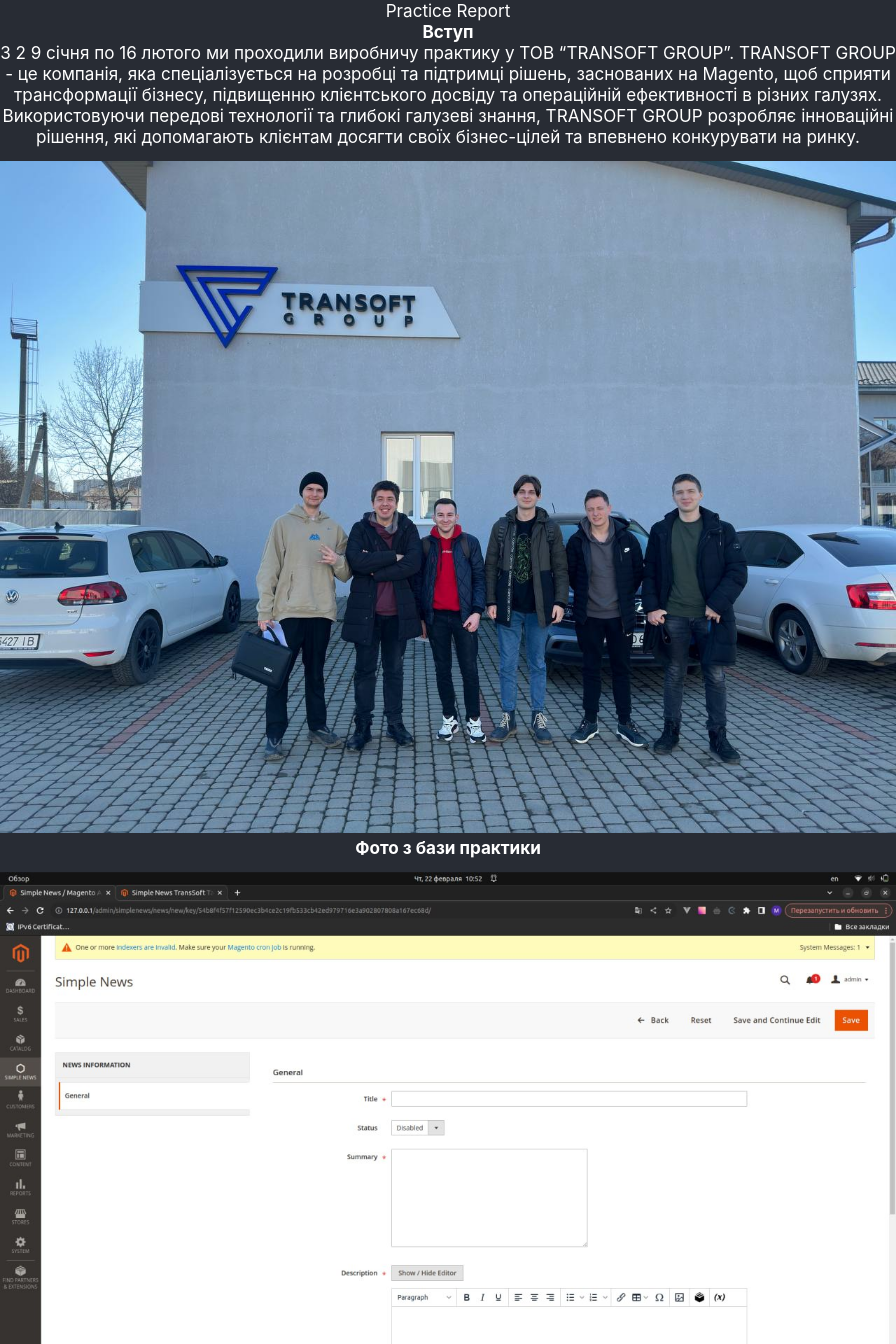
Repository: rutsguifd/prac-report
Page: /
The author's editor kept a copy of each file at every save. The page is drawn from the files as they stood at one save, then again after the next save.
The browser window is 1280 px wide. The pictures show the part of the page from y = 0 to 1920 px (the page is 3574 px tall before and 3724 px after), at 70% of full size.
The project was rebuilt for these pictures with package versions that can differ from the ones it lists, and the page was loaded fresh each time.

Above is the page before, as saved 2024-02-22 13:40:32.

### src/App.js
import "./App.css";
import IM1 from "./assets/im1.jpg";
import IM2 from "./assets/im2.jpg";
import IM3 from "./assets/im3.jpg";
import PR from "./assets/pr.jpg";

function App() {
  return (
    <div className="App">
      <header className="App-header">
        Practice Report
        <div>
          <b>Вступ</b>
          <div>
            З 2 9 січня по 16 лютого ми проходили виробничу практику у ТОВ
            “TRANSOFT GROUP”. TRANSOFT GROUP - це компанія, яка спеціалізується
            на розробці та підтримці рішень, заснованих на Magento, щоб сприяти
            трансформації бізнесу, підвищенню клієнтського досвіду та
            операційній ефективності в різних галузях. Використовуючи передові
            технології та глибокі галузеві знання, TRANSOFT GROUP розробляє
            інноваційні рішення, які допомагають клієнтам досягти своїх
            бізнес-цілей та впевнено конкурувати на ринку.
          </div>
          <div style={{ margin: "20px 0" }}>
            <img src={PR} alt="alt" width="100%" />
            <b>Фото з бази практики</b>
          </div>
          <div style={{ margin: "20px 0" }}>
            <img src={IM1} alt="alt" width="100%" />
            <b>Фото з адмін панелі 1</b>
          </div>
          <div style={{ margin: "20px 0" }}>
            <img src={IM2} alt="alt" width="100%" />
            <b>Фото з адмін панелі 2</b>
          </div>
          <div style={{ margin: "20px 0" }}>
            <img src={IM3} alt="alt" width="100%" />
            <b>Фото з вебсайту</b>
          </div>
        </div>
      </header>
    </div>
  );
}

export default App;

Loaded but not shown: public/index.html (common file); src/index.js (common file); src/index.css (common file); src/App.css (common file)

After the next save:
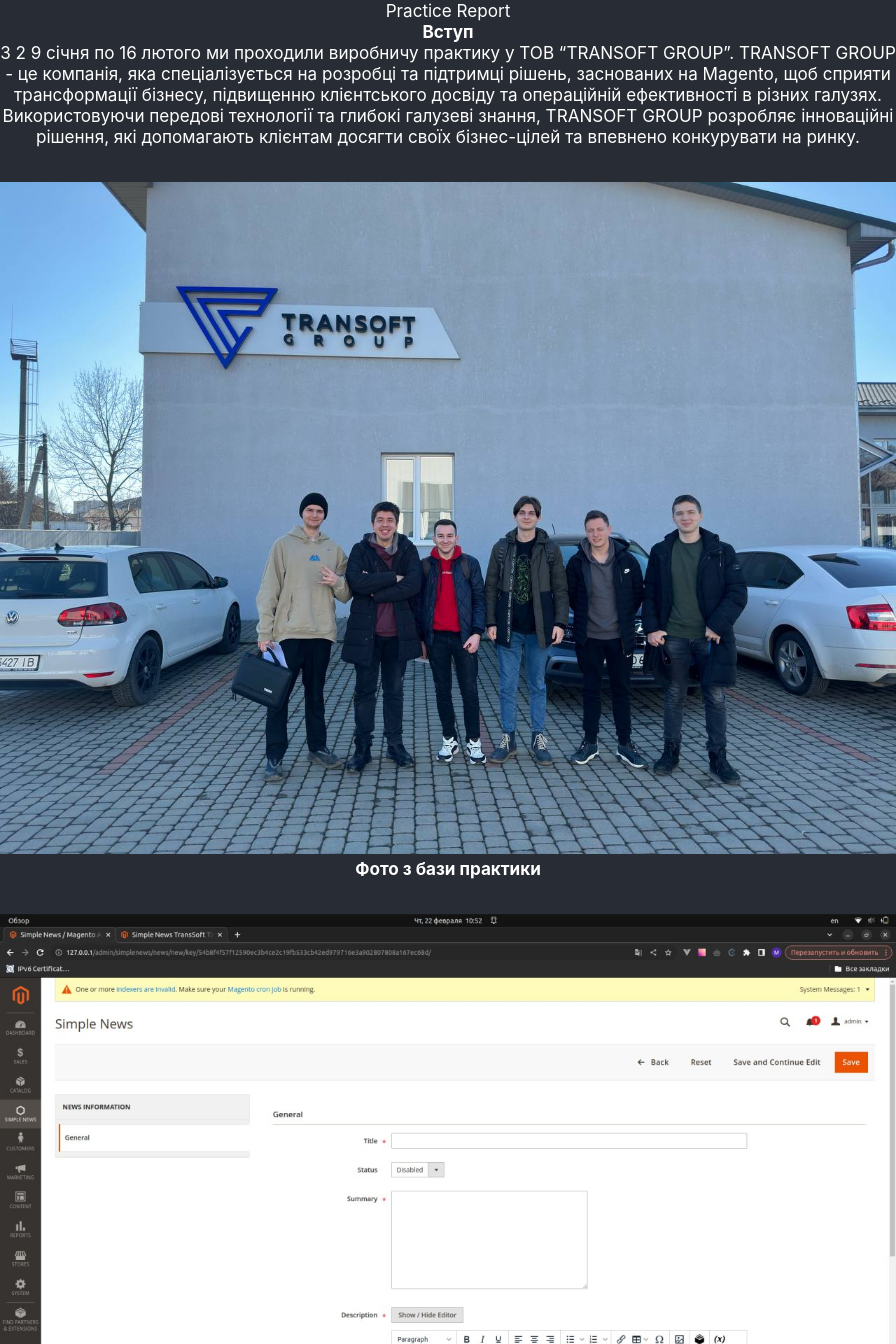
Saved 18 s later.
--- a/src/App.js
+++ b/src/App.js
@@ -21,19 +21,19 @@
             інноваційні рішення, які допомагають клієнтам досягти своїх
             бізнес-цілей та впевнено конкурувати на ринку.
           </div>
-          <div style={{ margin: "20px 0" }}>
+          <div style={{ margin: "50px 0" }}>
             <img src={PR} alt="alt" width="100%" />
             <b>Фото з бази практики</b>
           </div>
-          <div style={{ margin: "20px 0" }}>
+          <div style={{ margin: "50px 0" }}>
             <img src={IM1} alt="alt" width="100%" />
             <b>Фото з адмін панелі 1</b>
           </div>
-          <div style={{ margin: "20px 0" }}>
+          <div style={{ margin: "50px 0" }}>
             <img src={IM2} alt="alt" width="100%" />
             <b>Фото з адмін панелі 2</b>
           </div>
-          <div style={{ margin: "20px 0" }}>
+          <div style={{ margin: "50px 0" }}>
             <img src={IM3} alt="alt" width="100%" />
             <b>Фото з вебсайту</b>
           </div>
